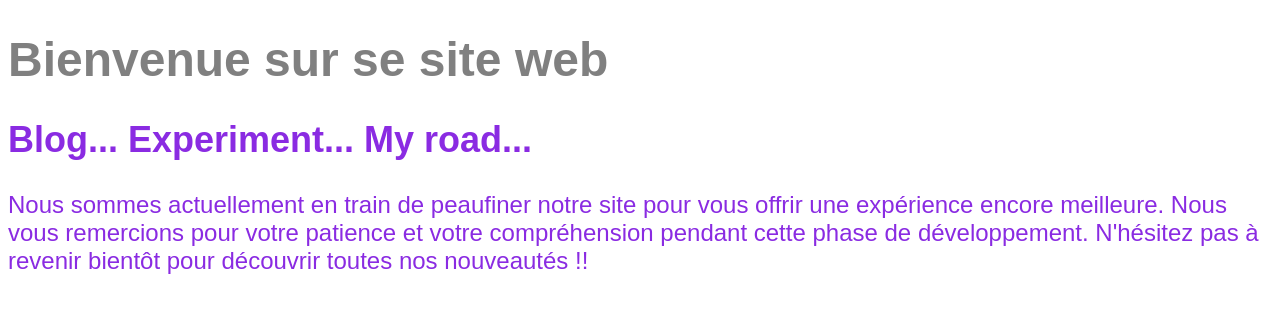
Repository: ValetteEvan/PersonalWebApp
Page: index.html
The author's editor kept a copy of each file at every save. The page is drawn from the files as they stood at one save, then again after the next save.
The browser window is 1280 px wide. The pictures show the whole page.

Above is the page before, as saved 2025-01-07 17:44:19.

### index.html
<!DOCTYPE html>
<html>

    <head>
        <meta charset="utf-8" />
        <title>Valette Evan</title>
        <link href="style.css" rel="stylesheet">
    </head>

    <body>
        <div class="webGlobal">
            <h1>Bienvenue sur se site web</h1>
            <h2>Blog... Experiment... My road...</h2>
                <p class="firstParagraph">Nous sommes actuellement en train de peaufiner notre site pour
                 vous offrir une expérience encore meilleure. Nous vous remercions
                 pour votre patience et votre compréhension pendant cette phase de
                 développement. N'hésitez pas à revenir bientôt pour découvrir toutes nos nouveautés !!
                </p>
        </div>
    </body>
</html>

### style.css
h1 {
    color: gray;
}
.webGlobal{
    font-size: 1.5em;
    font-family:Arial, Helvetica, sans-serif;
    color: blueviolet;
}

After the next save:
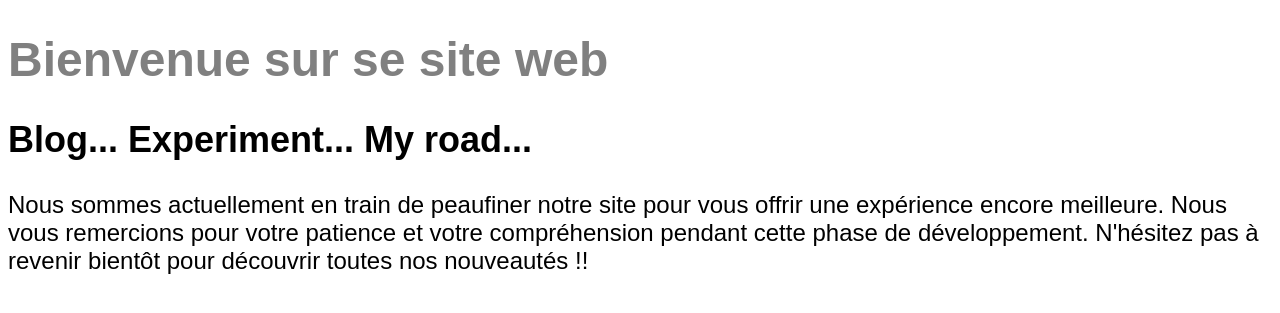
Saved 8 s later.
--- a/style.css
+++ b/style.css
@@ -4,5 +4,5 @@ h1 {
 .webGlobal{
     font-size: 1.5em;
     font-family:Arial, Helvetica, sans-serif;
-    color: blueviolet;
+    color: rgb(0, 0, 0);
 }
